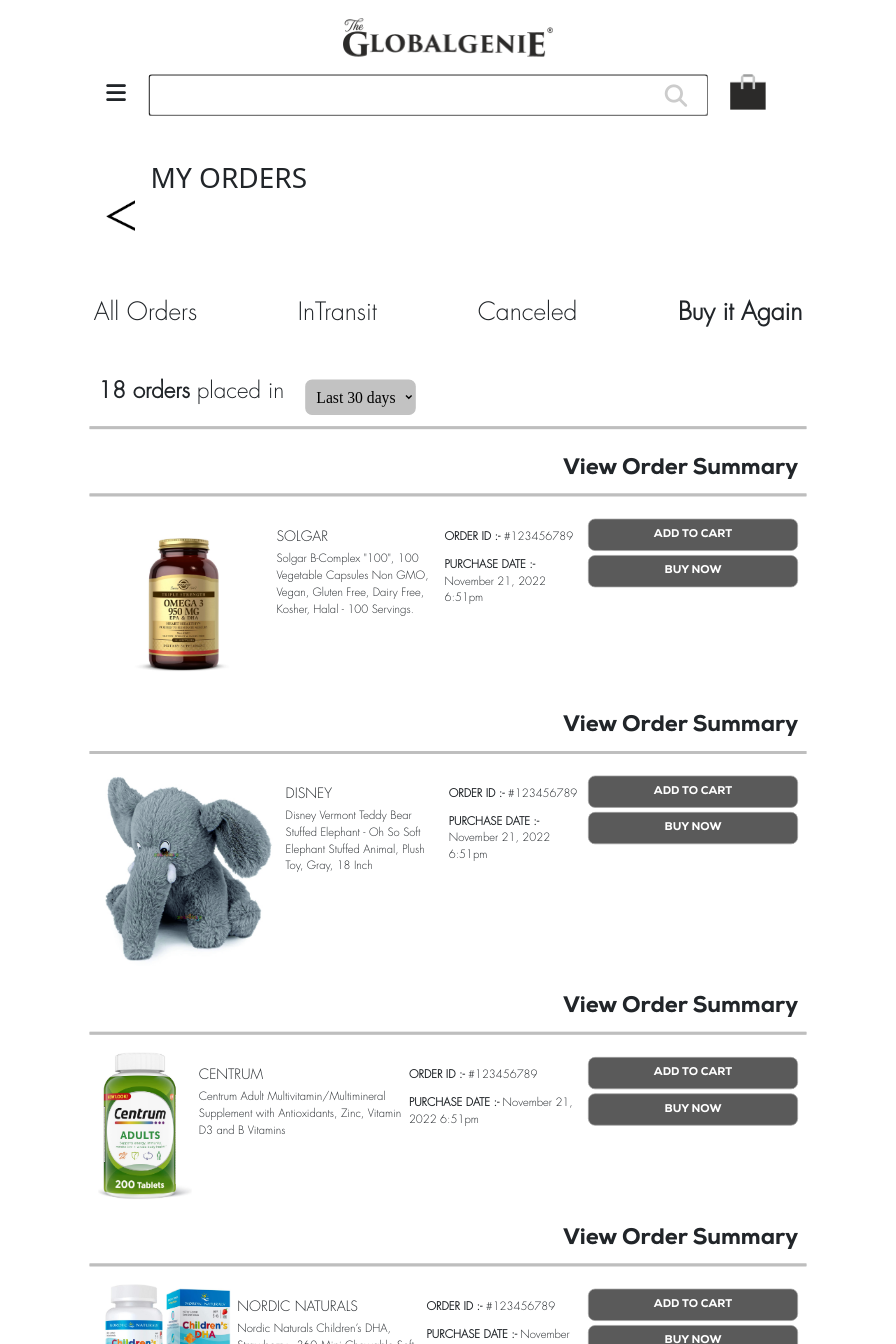
Repository: FlyweisReact/newGlobalGinie
Page: /orderSum
An editor plug-in stored every save of this project. The page is shown before and after the next save, followed by the edit.
The browser window is 1280 px wide. The pictures show the part of the page from y = 0 to 1920 px (the page is 4831 px tall), at 70% of full size.
Some web libraries are served in a nearby version. The project was rebuilt for these pictures with package versions that can differ from the ones it lists, and the page was loaded fresh each time. Also part of the build but not shown: src/Screen/Return.js, src/Screen/Address.js, src/Screen/AllOrders.js, src/Screen/AllProduct.js, src/Component/Hero2.js, src/Screen/Baby.css, src/Component/Reviews.js, src/Screen/Baby.js and 34 more.

Above is the page before, as saved 2023-02-16 18:56:26.

### public/index.html
<!-- @format -->

<!DOCTYPE html>
<html lang="en">
  <head>
    <meta charset="utf-8" />
    <link rel="icon" href="%PUBLIC_URL%/favicon.ico" />
    <meta name="viewport" content="width=device-width, initial-scale=1" />
    <meta name="theme-color" content="#000000" />
    <meta
      name="description"
      content="Web site created using create-react-app"
    />
    <link rel="apple-touch-icon" href="%PUBLIC_URL%/logo192.png" />
    <link rel="manifest" href="%PUBLIC_URL%/manifest.json" />
    <meta content="width=device-width, initial-scale=1" name="viewport" />

    <title>Global Ginie</title>
  </head>
  <body>
    <noscript>You need to enable JavaScript to run this app.</noscript>
    <div id="root"></div>
  </body>
  <script
    src="https://kit.fontawesome.com/b533b351e4.js"
    crossorigin="anonymous"
  ></script>
</html>

### src/Screen/OrderSum.js
/** @format */

import React from "react";
import img1 from "../Assets/asset1.png";
import img2 from "../Assets/Oil.png";
import img3 from "../Assets/Webby Soft Animal Plush Elephant Toy 20cm, Grey.png";
import img4 from "../Assets/712tvc3j0LL._AC_SL1500_.png";
import img5 from "../Assets/71k3V8agL-L._AC_SL1500_.png";
import img6 from "../Assets/mastercard_PNG23.png";
import img7 from "../Assets/71ZufDAAwcL._AC_SL1500_.png";
import Oil from "../Assets/Oil.png";
import Hair from "../Assets/New 10.png";
import some from "../Assets/Chicco Baby Moments Soft Cleansing Baby Wipes, Ideal for Nappy, Face and Hand, Dermatologically Tested, Paraben Free, Fliptop Pack.png";
import clock from "../Assets/clock.png";
import Apple from "../Assets/Apple Watch Series 7 (GPS, 45mm) Midnight.png";
import adi from "../Assets/adidas Stadium 750 ML (26oz) Plastic Water Bottle.png";
import gel from "../Assets/618-39BSrgL._SL1500_.png";
import Give from "../Assets/Get Me This.png";
import Whatsapp from "../Assets/Whatsapp icon.png";
import phone from "../Assets/Phone call.png";
import Mail from "../Assets/Mail Icon.png";
import Footer from "../Component/Footer";
import { useNavigate } from "react-router-dom";

const OrderSum = () => {
  const navigate = useNavigate();

  function NavigationHandler(data) {
    navigate(data);
  }

  return (
    <>
      <div className="MyOrderHead">
        <img src={img1} alt="" />
        <h1>MY ORDERS</h1>
      </div>

      <div className="MyOrderFour">
        <h3 onClick={() => NavigationHandler("/allOrders")}>All Orders</h3>
        <h3 onClick={() => NavigationHandler("/inTransit")}>InTransit</h3>
        <h3 onClick={() => NavigationHandler("/orderCancel")}>Canceled</h3>
        <h3 className="special">Buy it Again</h3>
      </div>

      <div className="MyOrderPlaced">
        <h2>
          {" "}
          <span style={{ fontWeight: "700" }}>18 orders </span> placed in{" "}
        </h2>
        <select>
          <option>Last 30 days</option>
        </select>
      </div>

      <hr className="MyOrderHr" />

      {/* ------------------------------------------------------ */}

      <h2 className="OrderSum">View Order Summary</h2>
      <hr className="MyOrderHr" />

      {/* -------------------------------------------------------- */}

      <div className="OrderSumSection">
        <div className="first">
          <img src={img2} alt="" />
        </div>
        <div className="second">
          <h5>SOLGAR</h5>
          <p>
            Solgar B-Complex "100", 100 Vegetable Capsules Non GMO, Vegan,
            Gluten Free, Dairy Free, Kosher, Halal - 100 Servings.
          </p>
        </div>
        <div className="third">
          <p>
            {" "}
            <strong>ORDER ID :- </strong> #123456789{" "}
          </p>
          <p>
            {" "}
            <strong>PURCHASE DATE :-</strong> November 21, 2022 6:51pm{" "}
          </p>
        </div>
        <div className="four">
          <button> ADD TO CART</button>
          <br />
          <button> BUY NOW </button>
        </div>
      </div>

      {/* ------------------------------------------------------------ */}

      {/* ------------------------------------------------------ */}

      <h2 className="OrderSum">View Order Summary</h2>
      <hr className="MyOrderHr" />

      {/* -------------------------------------------------------- */}

      <div className="OrderSumSection">
        <div className="first">
          <img src={img3} alt="" />
        </div>
        <div className="second">
          <h5>DISNEY</h5>
          <p>
            Disney Vermont Teddy Bear Stuffed Elephant - Oh So Soft Elephant
            Stuffed Animal, Plush Toy, Gray, 18 Inch
          </p>
        </div>
        <div className="third">
          <p>
            {" "}
            <strong>ORDER ID :- </strong> #123456789{" "}
          </p>
          <p>
            {" "}
            <strong>PURCHASE DATE :-</strong> November 21, 2022 6:51pm{" "}
          </p>
        </div>
        <div className="four">
          <button> ADD TO CART</button>
          <br />
          <button> BUY NOW </button>
        </div>
      </div>

      {/* ------------------------------------------------------------ */}

      {/* ------------------------------------------------------ */}

      <h2 className="OrderSum">View Order Summary</h2>
      <hr className="MyOrderHr" />

      {/* -------------------------------------------------------- */}

      <div className="OrderSumSection">
        <div className="first">
          <img src={img4} alt="" />
        </div>
        <div className="second">
          <h5>CENTRUM</h5>
          <p>
            Centrum Adult Multivitamin/Multimineral Supplement with
            Antioxidants, Zinc, Vitamin D3 and B Vitamins
          </p>
        </div>
        <div className="third">
          <p>
            {" "}
            <strong>ORDER ID :- </strong> #123456789{" "}
          </p>
          <p>
            {" "}
            <strong>PURCHASE DATE :-</strong> November 21, 2022 6:51pm{" "}
          </p>
        </div>
        <div className="four">
          <button> ADD TO CART</button>
          <br />
          <button> BUY NOW </button>
        </div>
      </div>

      {/* ------------------------------------------------------------ */}

      {/* ------------------------------------------------------ */}

      <h2 className="OrderSum">View Order Summary</h2>
      <hr className="MyOrderHr" />

      {/* -------------------------------------------------------- */}

      <div className="OrderSumSection">
        <div className="first">
          <img src={img5} alt="" />
        </div>
        <div className="second">
          <h5>NORDIC NATURALS</h5>
          <p>
            Nordic Naturals Children’s DHA, Strawberry - 360 Mini Chewable Soft
            Gels for Kids - 250 mg Omega-3 with EPA & DHA - Brain Development &
            Function - Non-GMO - 90 Servings
          </p>
        </div>
        <div className="third">
          <p>
            {" "}
            <strong>ORDER ID :- </strong> #123456789{" "}
          </p>
          <p>
            {" "}
            <strong>PURCHASE DATE :-</strong> November 21, 2022 6:51pm{" "}
          </p>
        </div>
        <div className="four">
          <button> ADD TO CART</button>
          <br />
          <button> BUY NOW </button>
        </div>
      </div>

      {/* ------------------------------------------------------------ */}

      <h2 className="OrderSum">Invoice ˅ </h2>

      {/* ----------------------------------------------------------- */}

      <div className="OrderSumInvoice">
        <div className="left">
          <h3>Shipping Address</h3>
          <h3>J SYS</h3>
          <p style={{ fontWeight: "500" }}>
            703/ lotus business park ram <br /> baug lane near Indian Oil <br />
            Mumbai, Maharashtra:- 400064
          </p>
        </div>

        <div className="mid">
          <h3>Payment Method</h3>
          <div>
            <img src={img6} alt="" />
            <p className="PIn">****1899</p>
          </div>
        </div>

        <div>
          <div className="right">
            <h5>Subtotal (1)</h5> <h5>₹ 3,115.00</h5>
          </div>

          <div className="right">
            <div>
              <h5>Shipping</h5>
              <p>USA to INDIA</p>
            </div>
            <div>
              <h5>Free</h5>
              <p>-150</p>
            </div>
          </div>

          <div className="right">
            <div>
              <h5>Discount</h5>
              <p>FIRSTWISH- 10%</p>
            </div>
            <div>
              <h5>-180</h5>
            </div>
          </div>

          <div className="right">
            <div>
              <h5>Total</h5>
            </div>
            <div style={{ textAlign: "right" }}>
              <h5>₹ 2,765.00</h5>
              <span style={{ fontSize: "0.8rem" }}>
                [ ALL TAXES & IMPORT DUTY INCLUDED ]
              </span>
            </div>
          </div>
        </div>
      </div>

      {/* --------------------------------------------------------------- */}

      <h2 className="OrderSum">View Order Summary</h2>
      <hr className="MyOrderHr" />

      {/* ----------------------------------------------------------- */}

      <div className="OrderSumSection">
        <div className="first">
          <img src={img7} alt="" />
        </div>
        <div className="second">
          <h5>MUSCLETECH</h5>
          <p>
            Nordic Naturals Children’s DHA, Strawberry - 360 Mini Chewable Soft
            Gels for Kids - 250 mg Omega-3 with EPA & DHA - Brain Development &
            Function - Non-GMO - 90 Servings
          </p>
        </div>
        <div className="third">
          <p>
            {" "}
            <strong>ORDER ID :- </strong> #123456789{" "}
          </p>
          <p>
            {" "}
            <strong>PURCHASE DATE :-</strong> November 21, 2022 6:51pm{" "}
          </p>
        </div>
        <div className="four">
          <button> ADD TO CART</button>
          <br />
          <button> BUY NOW </button>
        </div>
      </div>

      {/* -------------------------------------------------------------- */}

      <h1
        style={{
          textAlign: "center",
          fontFamily: "MonumentMine",
          marginTop: "15%",
        }}
      >
        RECENTLY VIEWED
      </h1>

      <div className="many">
        <div>
          <img src={Hair} alt="" />
        </div>
        <div>
          <img src={some} alt="" />
        </div>
        <div>
          <img src={Apple} alt="" id="app" />
        </div>
        <div>
          <img src={clock} alt="" id="clock" />
        </div>
        <div>
          <img src={Oil} alt="" />
        </div>
        <div>
          <img src={adi} alt="" />
        </div>
        <div>
          <img src={gel} alt="" />
        </div>
      </div>

      <div className="Give">
        <img src={Give} alt="" />
      </div>

      <h1 style={{ textAlign: "center", fontFamily: "MonumentMine" }}>
        TALK TO HUMAN
      </h1>
      <div className="human">
        <div>
          <img src={phone} alt="" />
          <h3 style={{ fontWeight: "400", paddingTop: "10%" }}>PHONE</h3>
        </div>
        <div className="Hori"></div>
        <div>
          <img src={Mail} alt="" />
          <h3 style={{ fontWeight: "400", paddingTop: "10%" }}>EMAIL US</h3>
        </div>
        <div className="Hori"></div>

        <div>
          <img src={Whatsapp} alt="" />
          <h3 style={{ fontWeight: "400", paddingTop: "10%" }}>WHATSAPP US</h3>
        </div>
      </div>
      <Footer />
    </>
  );
};

export default OrderSum;

Loaded but not shown: src/Component/NavBar.js (275 lines, source omitted); src/App.js (99 lines, source omitted); src/Component/Footer.js (53 lines, source omitted); src/index.js (14 lines, source omitted); src/index.css (2610 lines, source omitted)

After the next save:
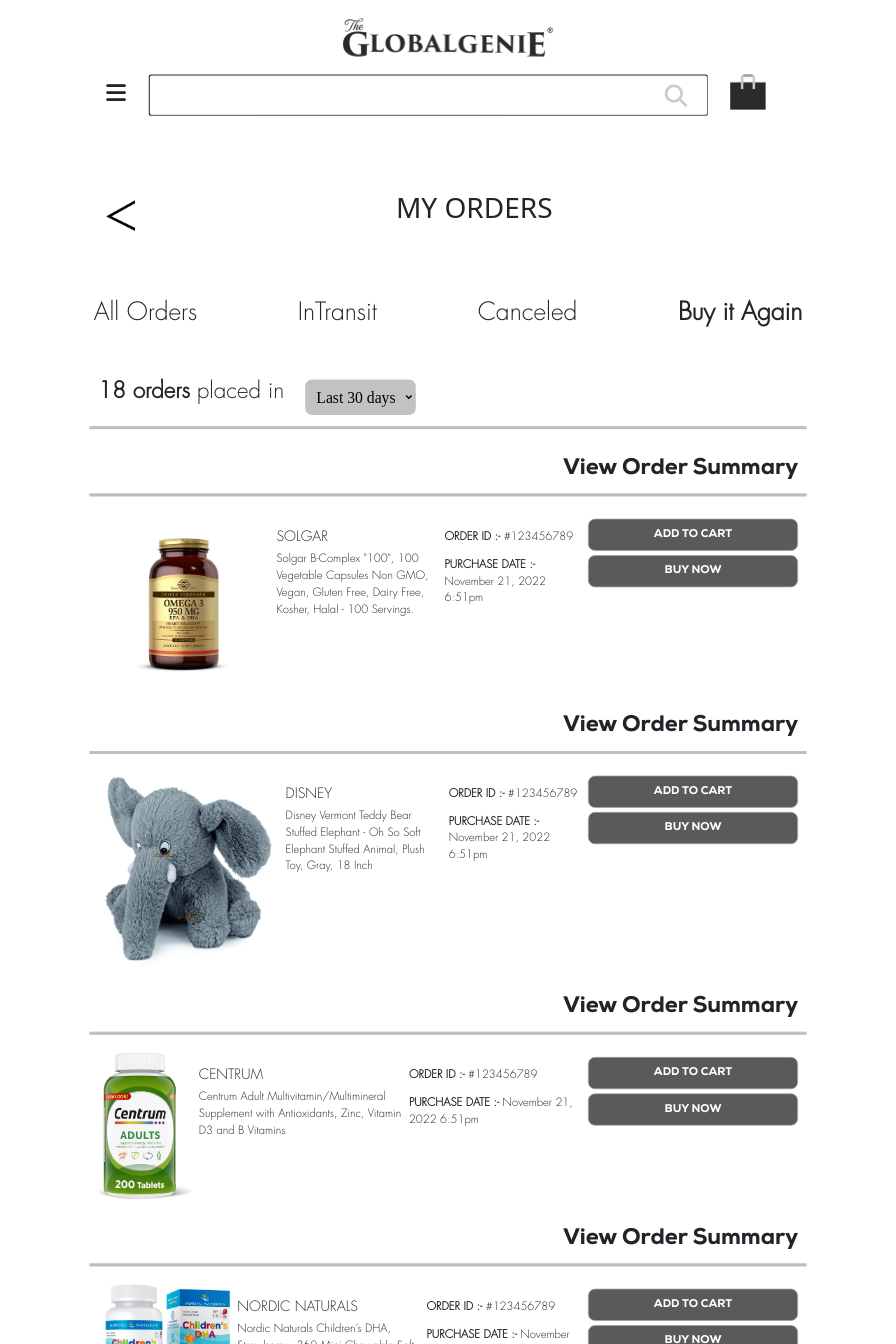
Saved 13 s later.
--- a/src/Screen/OrderSum.js
+++ b/src/Screen/OrderSum.js
@@ -33,7 +33,7 @@
     <>
       <div className="MyOrderHead">
         <img src={img1} alt="" />
-        <h1>MY ORDERS</h1>
+        <h1 style={{ textAlign: "center", display: "block", margin: "auto" }}>MY ORDERS</h1>
       </div>
 
       <div className="MyOrderFour">
